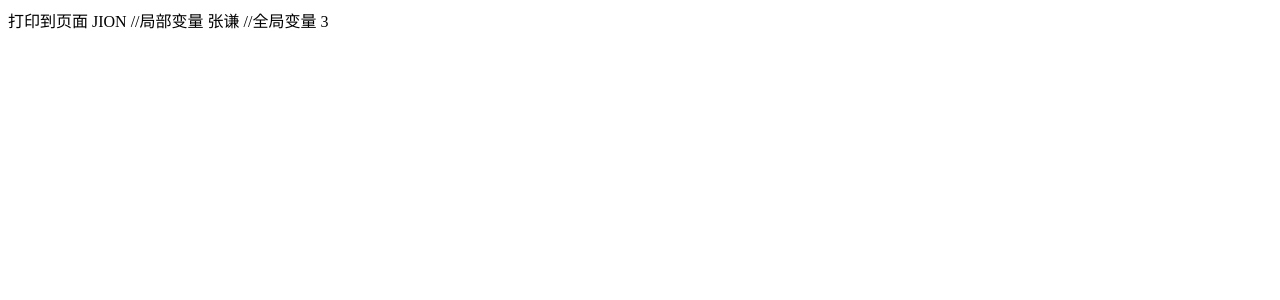
Repository: jionjion/JAVA_WorkSpace
Page: http://localhost/ServletClient/modules/jspBase/base.jsp
These files come from the project's save history. The page is drawn as it stood at one moment and after the next save; the edit follows.
The browser window is 1280 px wide. The pictures show the whole page.
The page is served by Tomcat 9.

Above is the page before, as saved 2017-07-10 13:05:02.

After the next save:
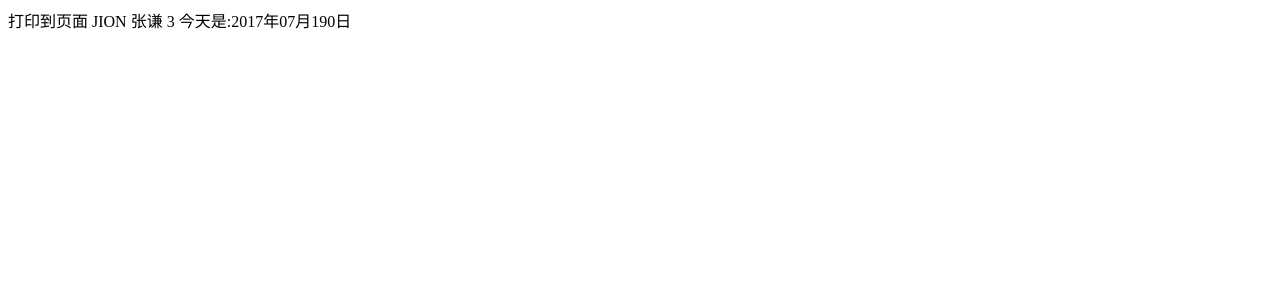
Saved 7 min 39 s later.
--- a/ServletClient/WebContent/modules/jspBase/base.jsp
+++ b/ServletClient/WebContent/modules/jspBase/base.jsp
@@ -1,3 +1,5 @@
+<%@page import="java.util.Date"%>
+<%@page import="java.text.SimpleDateFormat"%>
 <%@ page language="java" contentType="text/html; charset=UTF-8" pageEncoding="UTF-8"%>
 <%-- page指令	  language:服务器语言	contentType:页面类型,字符	pageEncoding:编码格式	 --%>
 <!DOCTYPE html PUBLIC "-//W3C//DTD HTML 4.01 Transitional//EN" "http://www.w3.org/TR/html4/loose.dtd">
@@ -28,8 +30,10 @@
 		int sum( int x , int y ){return x+y;}
 	%>
 
-	<%=this.author %>	//局部变量
-	<%=author %>		//全局变量
-	<%=sum(1,2) %>
+	<%=this.author %>	<!-- 局部变量 -->
+	<%=author %>		<!-- 全局变量 -->
+	<%=sum(1,2) %>		<!-- 调用表达式 -->
+
+	今天是:<%= new SimpleDateFormat("YYYY年MM月DD日").format(new Date()) %>
 </body>
 </html>
